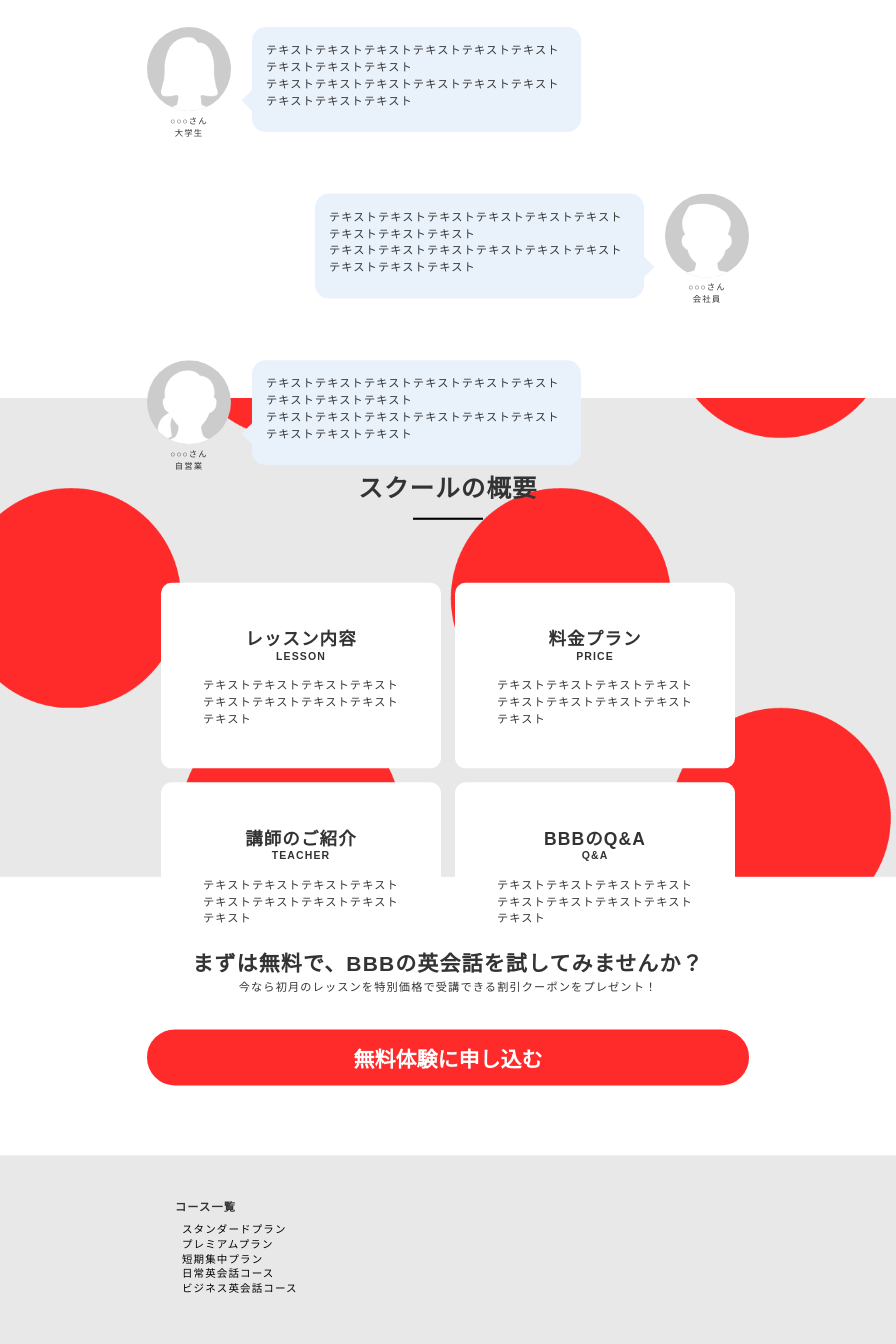
Repository: n19880405nick/challenge
Page: Codestep/BBB English School/bbbes.html
The author's editor kept a record of every edit. The page is drawn from the files as they stood at one moment, then again after the next edit.
The browser window is 1280 px wide. The pictures show the part of the page from y = 1721 to 3641 px (the page is 3641 px tall), at 70% of full size.

Above is the page before.

### Codestep/BBB English School/bbbes.html
<!DOCTYPE html>
<html lang="ja">
  <head>
    <meta charset="utf-8">
    <meta name="viewport" content="width=device-width, initial-scale=1.0">
    <title>BBB英会話スクール</title>
    <link rel="stylesheet" href="bbbes.css">
    <link rel="shortcut icon" href="img/favicon.ico">
    <script src="https://ajax.googleapis.com/ajax/libs/jquery/3.5.1/jquery.min.js"></script>
    <script src="jquery.inview.min.js"></script>
    <script src="main.js"></script>
  </head>

  <body>
    <header>
      <a href="#"><img class="logo-r" src="img/logo-r.svg"></a>
      <nav class="menu">
        <img class="logo-w" src="img/logo-w.svg">
        <ul>
          <li><a href="#reason">BBBが選ばれる理由</a></li>
          <li><a href="#student">受講生の声</a></li>
          <li><a href="#about">スクールの概要</a></li>
          <li class="gotop"><a href="#"><span>無料体験に申し込む</span></a></li>
        </ul>
      </nav>
      <button class="hamburger">
        <span></span>
        <span></span>
        <span></span>
      </button>
    </header>

    <main>
      <div class="main-visual">
        <h3 class="main-visual-text">話して学ぼう！<br>BBB英会話スクール</h3>
        <a href="#"><button class="main-visual-go">無料体験はこちら  ></button></a>
        <div class="main-visual-images">
          <img class="main-visual-image" src="img/mainvisual1.jpg">
          <img class="main-visual-image" src="img/mainvisual2.jpg">
          <img class="main-visual-image" src="img/mainvisual3.jpg">
        </div>
      </div>

      <section id="reason">
        <h3 class="title">BBBが選ばれる理由</h3>
        <span class="undertitle"></span>
        <div class="reason-contents">
          <div class="reason1">
            <img class="reason-icon" src="img/icon-pc.png">
            <div class="reason-texts">
              <h3 class="reason-subtitle">オンライン対応</h3>
              <p>24時間いつでも受講できる！</p>
            </div>
          </div>
          <div class="reason2">
            <img class="reason-icon" src="img/icon-teacher.png">
            <div class="reason-texts">
              <h3 class="reason-subtitle">講師はネイティブ</h3>
              <p>お気に入りの講師が自由に選べる！</p>
            </div>
          </div>
        </div>
      </section>

      <section id="student">
        <h3 class="title">受講生の声</h3>
        <span class="undertitle"></span>
        <div class="student-contents">
          <div class="student-content1">
            <div class="student-icons">
              <img class="student-icon" src="img/icon-student1.png">
              <p>○○○さん<br>大学生</p>
            </div>
            <div class="student-text">
              <p>
                テキストテキストテキストテキストテキストテキストテキストテキストテキスト<br>
                テキストテキストテキストテキストテキストテキストテキストテキストテキスト
              </p>
            </div>
          </div>
          <div class="student-content2">
            <div class="student-text">
              <p>
                テキストテキストテキストテキストテキストテキストテキストテキストテキスト<br>
                テキストテキストテキストテキストテキストテキストテキストテキストテキスト
              </p>
            </div>
            <div class="student-icons">
              <img class="student-icon" src="img/icon-student2.png">
              <p>○○○さん<br>会社員</p>
            </div>
          </div>
          <div class="student-content3">
            <div class="student-icons">
              <img class="student-icon" src="img/icon-student3.png">
              <p>○○○さん<br>自営業</p>
            </div>
            <div class="student-text">
              <p>
                テキストテキストテキストテキストテキストテキストテキストテキストテキスト<br>
                テキストテキストテキストテキストテキストテキストテキストテキストテキスト
              </p>
            </div>
          </div>
        </div>
      </section>

      <section id="about">
        <h3 class="title">スクールの概要</h3>
        <span class="undertitle"></span>
        <div class="about-contents">
          <div class="about-content">
            <span class="about-title">レッスン内容</span>
            <span class="about-subtitle">LESSON</span>
            <p>テキストテキストテキストテキストテキストテキストテキストテキストテキスト</p>
          </div>
          <div class="about-content">
            <span class="about-title">料金プラン</span>
            <span class="about-subtitle">PRICE</span>
            <p>テキストテキストテキストテキストテキストテキストテキストテキストテキスト</p>
          </div>
          <div class="about-content">
            <span class="about-title">講師のご紹介</span>
            <span class="about-subtitle">TEACHER</span>
            <p>テキストテキストテキストテキストテキストテキストテキストテキストテキスト</p>
          </div>
          <div class="about-content">
            <span class="about-title">BBBのQ&A</span>
            <span class="about-subtitle">Q&A</span>
            <p>テキストテキストテキストテキストテキストテキストテキストテキストテキスト</p>
          </div>
        </div>
      </section>

      <div id="invite">
        <p>まずは無料で、BBBの英会話を試してみませんか？</p>
        <p>今なら初月のレッスンを特別価格で受講できる割引クーポンをプレゼント！</p>
        <a href="#"><button class="invite">無料体験に申し込む</button></a>
      </div>

    </main>

    <footer>
      <div class="footer-contents">
        <div class="footer-content">
          <span class="footer-title">コース一覧</span>
          <ul>
            <li><a href="#">スタンダードプラン</a></li>
            <li><a href="#">プレミアムプラン</a></li>
            <li><a href="#">短期集中プラン</a></li>
            <li><a href="#">日常英会話コース</a></li>
            <li><a href="#">ビジネス英会話コース</a></li>
          </ul>
        </div>
      </div>
    </footer>
  </body>
</html>

### Codestep/BBB English School/bbbes.css
*{
  margin: 0;
  padding: 0;
  box-sizing: border-box;
}

body{
  color: #333;
  font-family: "游ゴシック体", "YuGothic", "游ゴシック Medium", "Yu Gothic Medium", "游ゴシック", "Yu Gothic", "メイリオ", sans-serif;
  letter-spacing: 0.1em;
}

/*header*/

header{
  position: relative;
  z-index: 10;
}

.logo-r, .logo-w{
  width: 100px;
  position: absolute;
  top: 40px;
  left: 50px;
}

.menu{
  width: 100vw;
  height: 100vh;
  position: fixed;
  background-color: #ff2a2a;
  visibility: hidden;
  opacity: 0;
  transition: 800ms;
}

.open .menu{
  visibility: visible;
  opacity: 1;
}

.hamburger{
  width: 100px;
  height: 100px;
  position: fixed;
  top: 0;
  right: 0;
  background-color: #ff2a2a;
  border-color: transparent;
  cursor: pointer;
  transition: 0.5s;
}

.hamburger:hover{
  opacity: 0.6;
}

.hamburger span{
  display: block;
  margin-left: 25px;
  width: 50px;
  height: 2px;
  background-color: white;
  position: absolute;
  transition: all 0.5s 0s ease;
}

.hamburger span:first-child{
  top: 30px;
}

.hamburger span:nth-child(3){
  top: 65px;
}

.open .hamburger span:first-child{
  transform: translateY(17px) rotate(-45deg);
}

.open .hamburger span:nth-child(2){
  display: none;
}

.open .hamburger span:nth-child(3){
  transform: translateY(-17px) rotate(45deg);
}

.menu ul{
  text-align: center;
  padding-top: 80px;
}

.menu ul li{
  margin: 20px 0;
}

.menu ul li a{
  text-decoration: none;
  color: white;
  font-weight: bold;
}

.gotop span{
  display: block;
  width: 250px;
  height: 50px;
  padding-top: 10px;
  margin: 50px auto;
  border: solid 1px white;
  transition: all 0.5s 0s ease;
  position: relative;
}

.gotop span:hover{
  background-color: white;
  color: red;
}

.gotop span::after{
  content: "";
  width: 250px;
  height: 50px;
  position: absolute;
  top: 5px;
  left: 5px;
  border-right: solid 1px white;
  border-bottom: solid 1px white;
}

/*main-visual*/

main{
  padding-top: 100px;
  position: relative;
}

.main-visual{
  width: 100vw;
  height: 80vh;
}

.main-visual-text{
  position: absolute;
  top: 400px;
  left: 200px;
  font-size: 45px;
  z-index: 5;
}

.main-visual a{
  position: absolute;
  top: 570px;
  left: 200px;
  z-index: 5;
}

.main-visual-go{
  width: 420px;
  height: 80px;
  background-color: #ff2a2a;
  border: solid 1px #ff2a2a;
  box-shadow: 0 10px 0 0 #9a0413;
  color: white;
  border-radius: 10px;
  font-size: 30px;
  cursor: pointer;
  transition:0.5s;
}

.main-visual-go:hover{
  transform: scale(1.1);
}

.main-visual-images{
  width: 75vw;
  height: 80vh;
  position: relative;
  margin-left: auto;
  margin-right: 10px;
}

.main-visual-images::after{
  content: "";
  position: absolute;
  top: 0;
  bottom: 0;
  left: 0;
  right: 0;
  box-shadow: inset 0 0 20px 15px #FFF;
}

.main-visual-image{
  width: 75vw;
  height: 80vh;
  opacity: 0;
  position: absolute;
  animation: change-img 15s infinite;
}

.main-visual-image:first-child{
  animation-delay: 0s;
}

.main-visual-image:nth-child(2){
  animation-delay: 5s;
}

.main-visual-image:nth-child(3){
  animation-delay: 10s;
}

@keyframes change-img{
   0% {opacity: 0;}
  15% {opacity: 1;}
  30% {opacity: 1;}
  45% {opacity: 0;}
  100% {opacity: 0;}
}

/*reason*/

#reason, #student{
  margin-top: 100px;
}

.title{
  font-size: 35px;
  text-align: center;
}

.undertitle{
  content: "";
  display: block;
  margin: 20px auto 80px;
  width: 100px;
  height: 3px;
  background-color: black;
}

.reason-contents{
  width: 100vw;
  height: 80vh;
  background-color: #ff2a2a;
  position: relative;
  overflow: hidden;
}

.reason1, .reason2{
  width: 60vw;
  background-color: white;
  border-radius: 10px;
  display: flex;
  justify-content: center;
  padding: 100px 0;
  position: absolute;
  transition: 1s;
  opacity: 0;
}

.reason1{
  top: 80px;
  left: -700px;
}

.reason1.is-inview{
  left: -10vw;
  opacity: 1;
}

.reason2{
  top: 400px;
  left: 1500px;
}

.reason2.is-inview{
  left: 50vw;
  opacity: 1;
}

.reason-icon{
  margin-top: 10px;
  margin-right: 30px;
  height: 60px;
}

.reason1 .reason-icon{
  width: 90px;
}

.reason2 .reason-icon{
  width: 50px;
}

.reason-subtitle{
  font-size: 30px;
  color: #ff2a2a;
}

/*student*/

#student, #about{
  height: 95vh;
}

.student-contents,
.about-contents{
  width: 860px;
  margin: 0 auto;
}

.student-content1,
.student-content2,
.student-content3{
  display: flex;
  width: 650px;
  opacity: 0;
  transform: scale(0.1);
  transition: 1s;
}

.student-content1.is-inview,
.student-content2.is-inview,
.student-content3.is-inview{
  transform: scale(1.0);
  opacity: 1;
}

.student-content2{
  margin: 80px 0 80px auto;
}

.student-icons{
  text-align: center;
}

.student-icon{
  width: 120px;
  height: 120px;
  border-radius: 50%;
  background-color: #ccc;
}

.student-icons p{
  font-size: 12px;
}

.student-text{
  height: 150px;
  margin: 0 30px;
  padding: 20px;
  background-color: #e9f1fb;
  border-radius: 20px;
  position: relative;
}

.student-content1 .student-text::before,
.student-content3 .student-text::before{
  content: "";
  position: absolute;
  top: 70%;
  left: -30px;
  margin-top: -15px;
  border: 15px solid transparent;
  border-right: 15px solid #e9f1fb;
}

.student-content2 .student-text::before{
  content: "";
  position: absolute;
  top: 70%;
  left: 100%;
  margin-top: -15px;
  border: 15px solid transparent;
  border-left: 15px solid #e9f1fb;
}

/*about*/

#about{
  padding: 100px;
  background-image: url("img/bg.gif");
  background-repeat: repeat;
  animation: bgloop 10s linear infinite;
}

@keyframes bgloop{
  0% { background-position: 0 0;}
  100% { background-position: -700px 700px;}
}

.about-contents{
  display: flex;
  flex-wrap: wrap;
  justify-content: center;
}

.about-content{
  width: 400px;
  padding: 60px;
  margin: 10px;
  background-color: white;
  border-radius: 15px;
  text-align: center;
}

.about-title{
  font-size: 25px;
  font-weight: bold;
}

.about-subtitle{
  font-size: 15px;
  font-weight: bold;
  display: block;
}

.about-content p{
  margin-top: 20px;
  text-align: left;
}

/*invite*/

#invite{
  width: 100vw;
  display: flex;
  flex-direction: column;
  align-items: center;
  padding: 100px 0;
}

#invite p:first-child{
  font-size: 30px;
  font-weight: bold;
}

.invite{
  width: 860px;
  height: 80px;
  margin-top: 50px;
  background-color: #ff2a2a;
  border: solid 3px #ff2a2a;
  border-radius: 40px;
  cursor: pointer;
  color: white;
  font-size: 30px;
  font-weight: bold;
  transition: 0.5s;
}

.invite:hover{
  background-color: white;
  color: #ff2a2a;
}

/*footer*/

footer{
  width: 100vw;
  background-color: #e8e8e8;
  padding: 60px 0 40px;
  text-align: center;
}

.footer-contents{
  width: 860px;
  margin: 0 auto 30px;
  text-align: left;
  display: flex;
}

.footer-content{
  margin: 0 40px;
}

.footer-title{
  font-weight: bold;
}

.footer-content ul{
  margin-top: 10px;
}

.footer-content li{
  list-style: none;
  margin-left: 10px;
}

.footer-content li a{
  text-decoration: none;
  color: black;
  font-size: 15px;
}

.copyright{
  font-size: 10px;
}

/*responsive*/

@media screen and (max-width: 900px){
  .logo-r, .logo-w{
    top: 20px;
    left: 30px;
  }

  .main-visual-images{
    width: 100vw;
    height: 40vh;
    margin: 0 auto;
  }
  .main-visual-image{
    width: 100vw;
    height: 40vh;
  }

  .main-visual-text{
    top: 450px;
    left: 20px;
    font-size: 30px;
  }

  .main-visual a{
    top: 570px;
    left: 20px;
  }

  .main-visual-go{
    width: 95vw;
  }

  #reason, #student{
    margin-top: 20px;
  }

  .title{
    font-size: 30px;
  }

  .reason-contents{
    height: 40vh;
  }

  .reason1, .reason2{
    width: 100vw;
    padding: 20px 0;
  }

  .reason1{
    top: 40px;
    left: -300px;
  }

  .reason1.is-inview{
    left: -3vw;
    opacity: 1;
  }

  .reason2{
    top: 200px;
    left: 500px;
  }

  .reason2.is-inview{
    left: 3vw;
    opacity: 1;
  }

  #student{
    height: 150vh;
  }

  .student-contents,
  .about-contents{
    width: 100vw;
  }

  .student-content2{
    width: 100vw;
    flex-direction: column;
  }

  .student-content1,
  .student-content3{
    width: 100vw;
    flex-direction: column-reverse;
  }

  .student-content2{
    margin: 50px 0;
  }

  .student-text{
    height: 100px;
    margin: 10px auto;
  }

  .student-icon{
    margin-top: 30px;
  }

  .student-content1 .student-text::before,
  .student-content2 .student-text::before,
  .student-content3 .student-text::before{
    top: 100%;
    left: 50%;
    margin-left: -15px;
  }

  #about{
    height: 120vh;
    padding: 20px;
  }

  .about-content{
    width: 90vw;
    padding: 30px;
  }

  .invite{
    width: 90vw;
  }

  .footer-contents{
    width: 100vw;
    flex-wrap: wrap;
  }

  .footer-content{
    width: 45vw;
    margin: 30px 20px;
  }
}

### Codestep/BBB English School/main.js
$(function(){
  $('.hamburger').on('click',function(){
    if($('header').hasClass('open')){
      $('header').removeClass('open')
    }else{
      $('header').addClass('open');
    }
  });
  $('.menu').on('click',function(){
    $('header').removeClass('open');
  });
  // inview
  $('.reason1').on('inview',function(event, isInView, visiblePartX, visiblePartY){
    if (isInView){
      $(this).addClass('is-inview');
    }
  });
  $('.reason2').on('inview',function(event, isInView, visiblePartX, visiblePartY){
    if (isInView){
      $(this).addClass('is-inview');
    }
  });
  $('.student-content1').on('inview',function(event, isInView, visiblePartX, visiblePartY){
    if (isInView){
      $(this).addClass('is-inview');
    }
  });
  $('.student-content2').on('inview',function(event, isInView, visiblePartX, visiblePartY){
    if (isInView){
      $(this).addClass('is-inview');
    }
  });
  $('.student-content3').on('inview',function(event, isInView, visiblePartX, visiblePartY){
    if (isInView){
      $(this).addClass('is-inview');
    }
  });
});

Loaded but not shown: Codestep/BBB English School/jquery.inview.min.js (common file)

After the next edit:
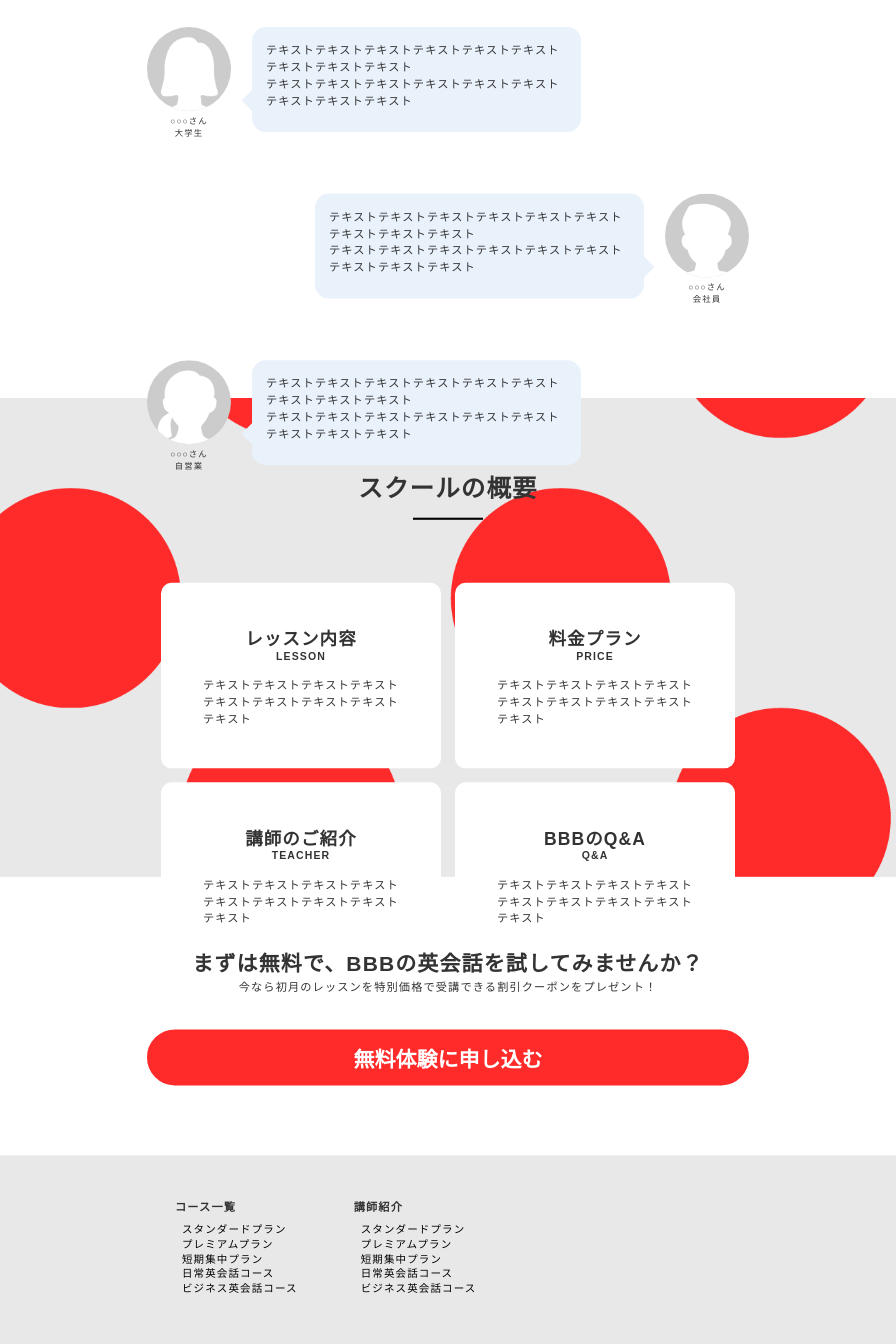
The edit:
--- a/Codestep/BBB English School/bbbes.html
+++ b/Codestep/BBB English School/bbbes.html
@@ -152,6 +152,16 @@
             <li><a href="#">ビジネス英会話コース</a></li>
           </ul>
         </div>
+        <div class="footer-content">
+          <span class="footer-title">講師紹介</span>
+          <ul>
+            <li><a href="#">スタンダードプラン</a></li>
+            <li><a href="#">プレミアムプラン</a></li>
+            <li><a href="#">短期集中プラン</a></li>
+            <li><a href="#">日常英会話コース</a></li>
+            <li><a href="#">ビジネス英会話コース</a></li>
+          </ul>
+        </div>
       </div>
     </footer>
   </body>
